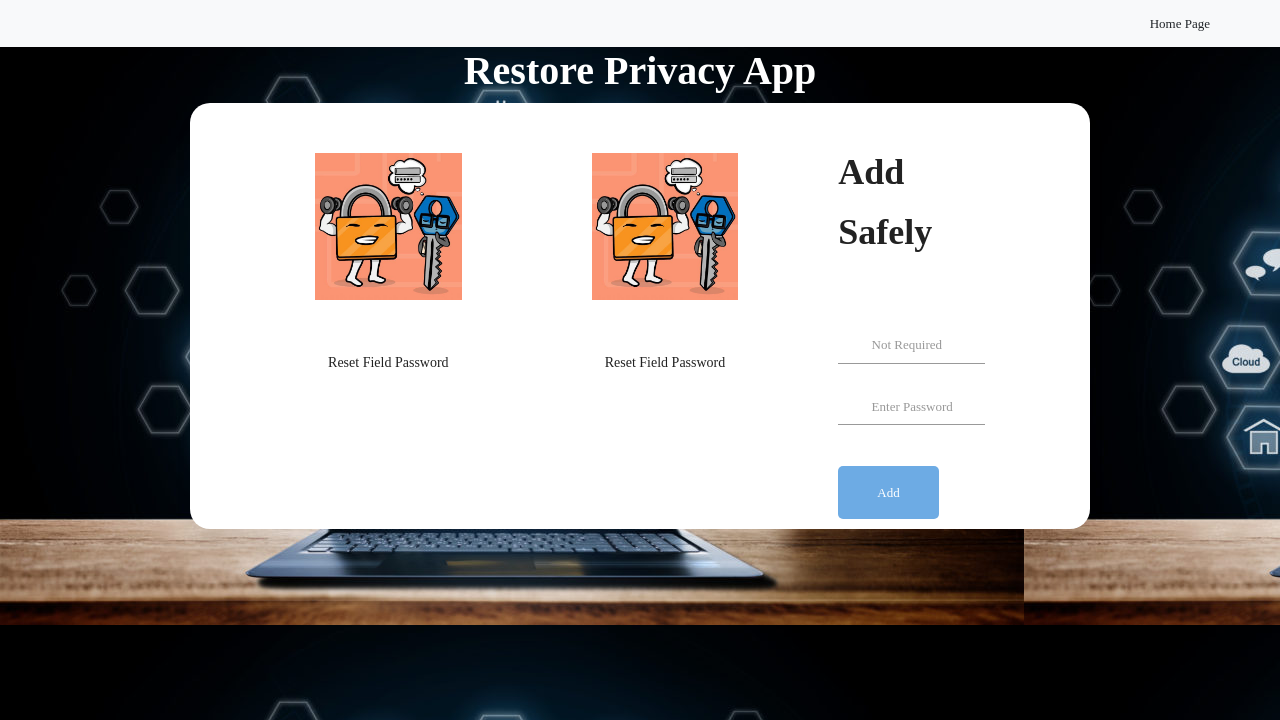
Repository: Sunil-731820/AllWorkingModels
Page: http://localhost/PasswordManagerApp/AddPassword.jsp
An editor plug-in stored every save of this project. The page is shown before and after the next save, followed by the edit.
The browser window is 1280 px wide. The pictures show the whole page.
Some web fonts or font styles are not loaded; a fallback is used. Some web libraries are served in a nearby version. The page is served by Tomcat 9.

Above is the page before, as saved 2022-09-27 08:55:01.

After the next save:
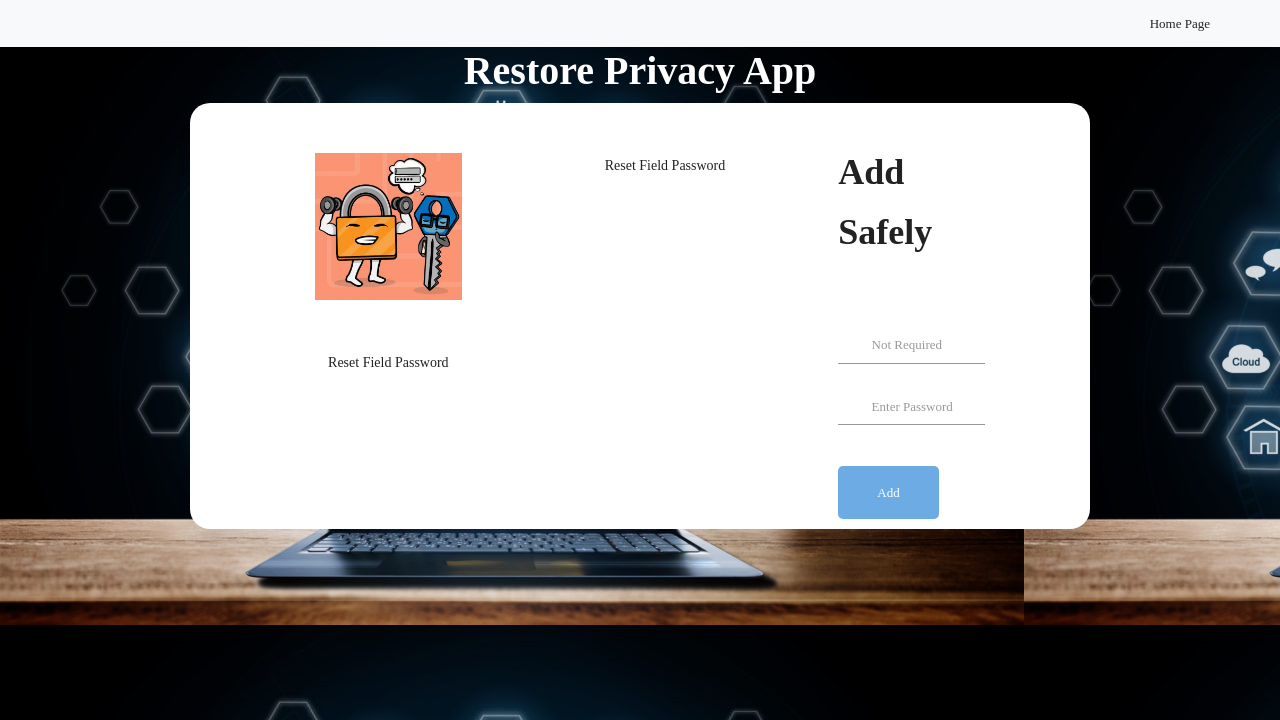
Saved 18 s later.
--- a/PasswordManagerApp/src/main/webapp/AddPassword.jsp
+++ b/PasswordManagerApp/src/main/webapp/AddPassword.jsp
@@ -78,7 +78,7 @@
 
                         </div>
                         <div class="signin-image">
-                            <figure><img src="img/addPassImg.jpg" alt="sing up image"></figure>
+
                             <a href="AddPassword.jsp" class="signup-image-link">Reset Field Password </a>&nbsp;&nbsp;&nbsp;&nbsp;&nbsp;
 
                         </div>
